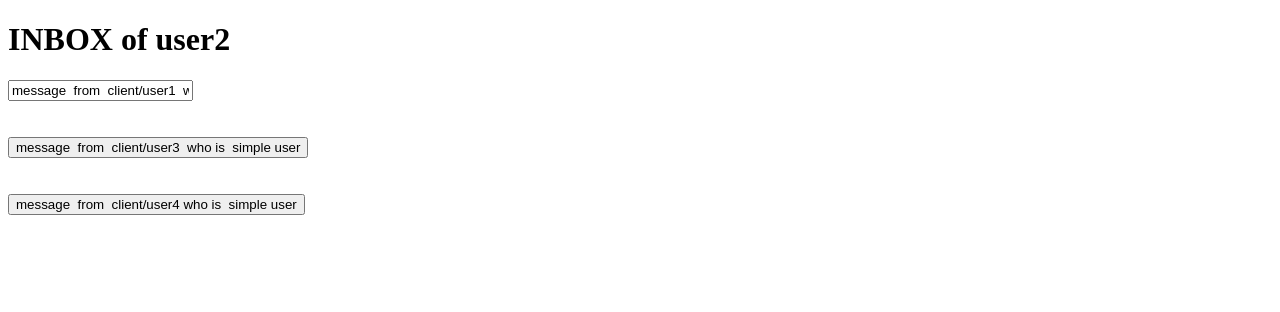
Repository: heenasalim/Java_Script
Page: Simplehtmldemo/WebContent/FBUSER2.html
The author's editor kept a copy of each file at every save. The page is drawn from the files as they stood at one save, then again after the next save.
The browser window is 1280 px wide. The pictures show the whole page.

Above is the page before, as saved 2015-10-12 11:06:38.

### Simplehtmldemo/WebContent/FBUSER2.html
<!DOCTYPE html PUBLIC "-//W3C//DTD HTML 4.01 Transitional//EN" "http://www.w3.org/TR/html4/loose.dtd">
<html>
<head>
<meta http-equiv="Content-Type" content="text/html; charset=ISO-8859-1">
<title>Insert title here</title>
</head>
<body>
<H1>INBOX  of  user2</H1>
<input type="text"  value="message  from  client/user1  who is  admin  user">
<br/>
<br/>
<br/>
<input type="submit"  value="message  from  client/user3  who is  simple user">
<br/><br/><br/>
<input type="submit"  value="message  from  client/user4 who is  simple user">
</body>
</html>

After the next save:
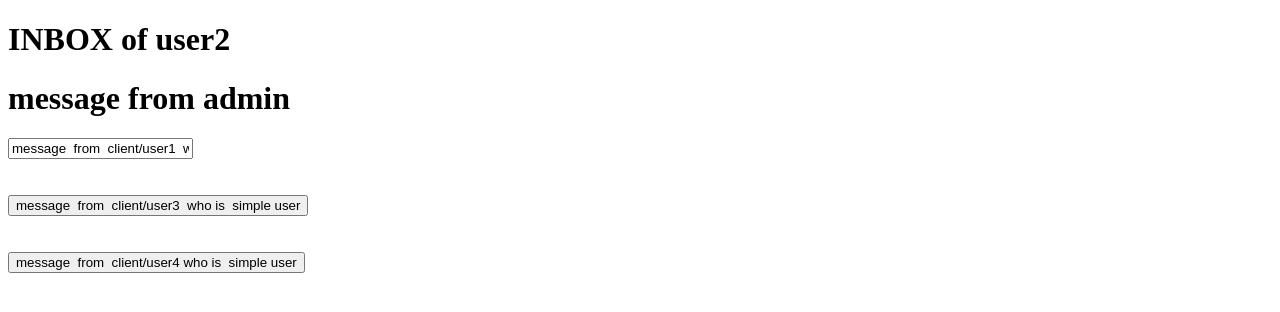
Saved 59 s later.
--- a/Simplehtmldemo/WebContent/FBUSER2.html
+++ b/Simplehtmldemo/WebContent/FBUSER2.html
@@ -6,6 +6,7 @@
 </head>
 <body>
 <H1>INBOX  of  user2</H1>
+<h1>message  from  admin</h1>
 <input type="text"  value="message  from  client/user1  who is  admin  user">
 <br/>
 <br/>
